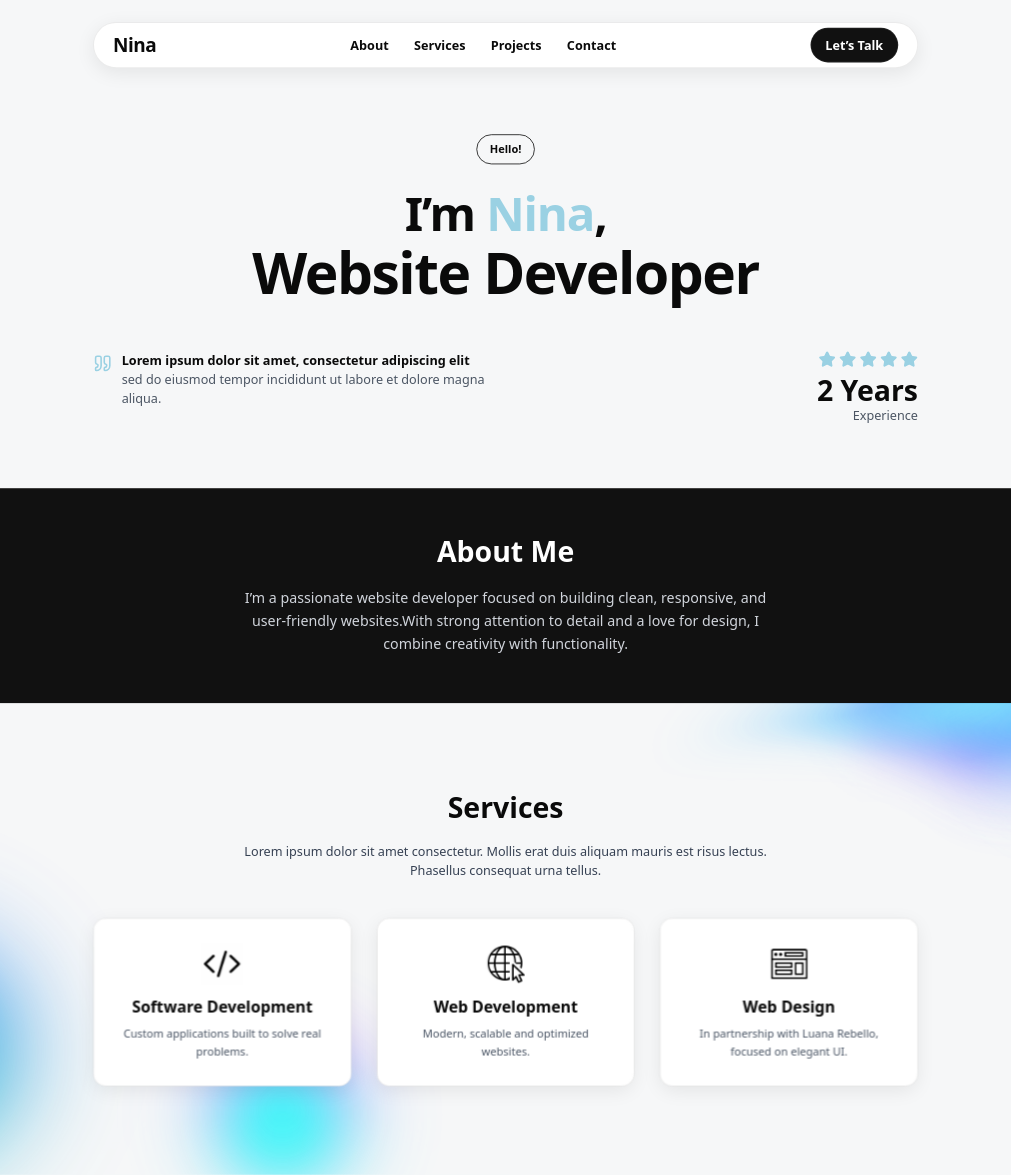
Repository: nina-rebello/portfolio
Page: /
These files come from the project's save history. The page is drawn as it stood at one moment and after the next save; the edit follows.
The browser window is 1280 px wide. The pictures show the whole page, at 79% of full size.
The project was rebuilt for these pictures with package versions that can differ from the ones it lists, and the page was loaded fresh each time. The framework's server and built-in components were replaced by stand-ins that run in the browser. Also part of the build but not shown: next.config.ts.

Above is the page before, as saved 2025-09-11 16:07:58.

After the next save:
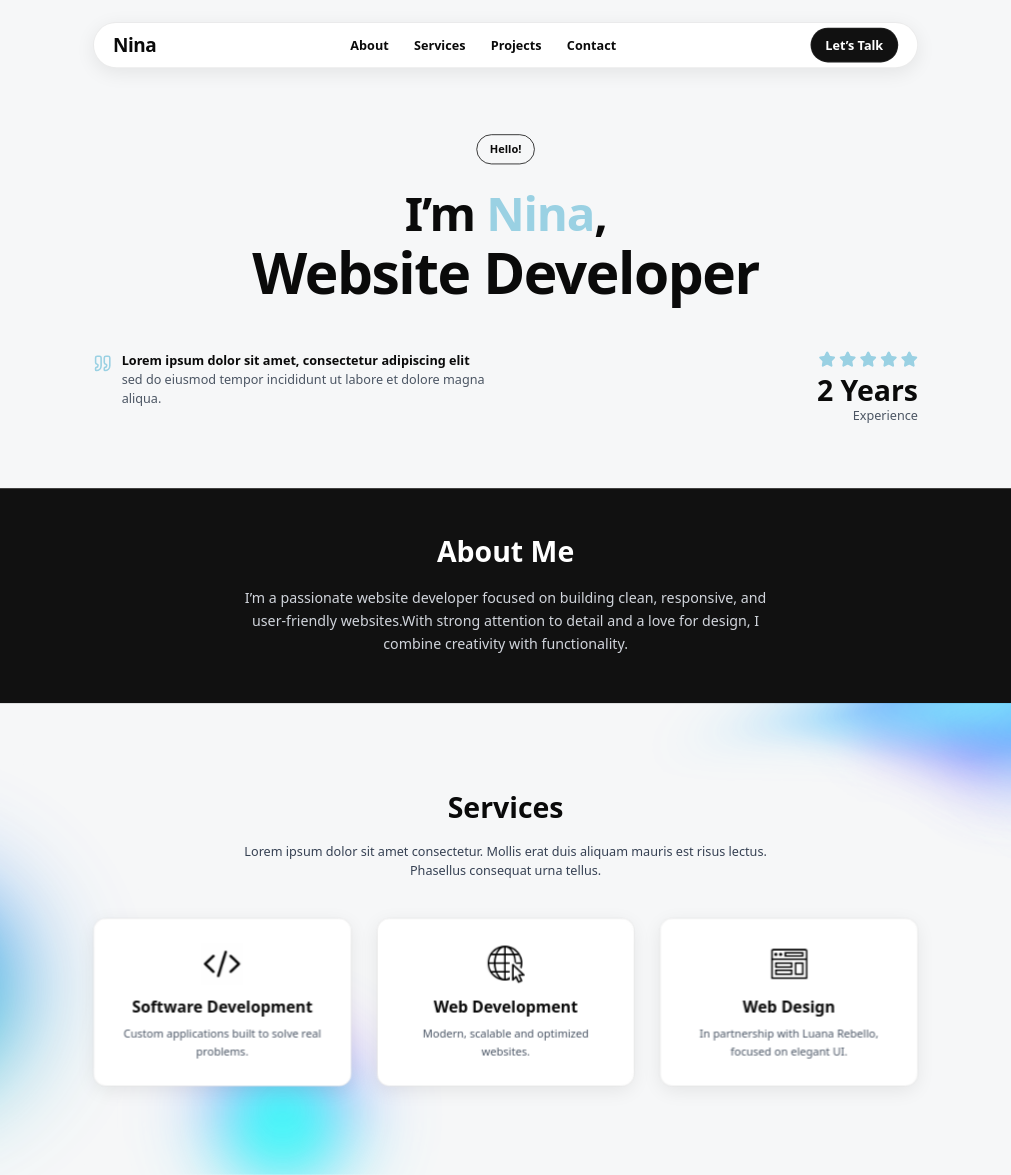
Saved 6 s later.
--- a/components/sections/Services.tsx
+++ b/components/sections/Services.tsx
@@ -43,7 +43,7 @@ export default function Services() {
           alt=""
           width={600}
           height={600}
-          className="absolute top-24 right-250 w-[760px] opacity-70"
+          className="absolute top-4 right-250 w-[760px] opacity-70"
         />
       </div>
 
